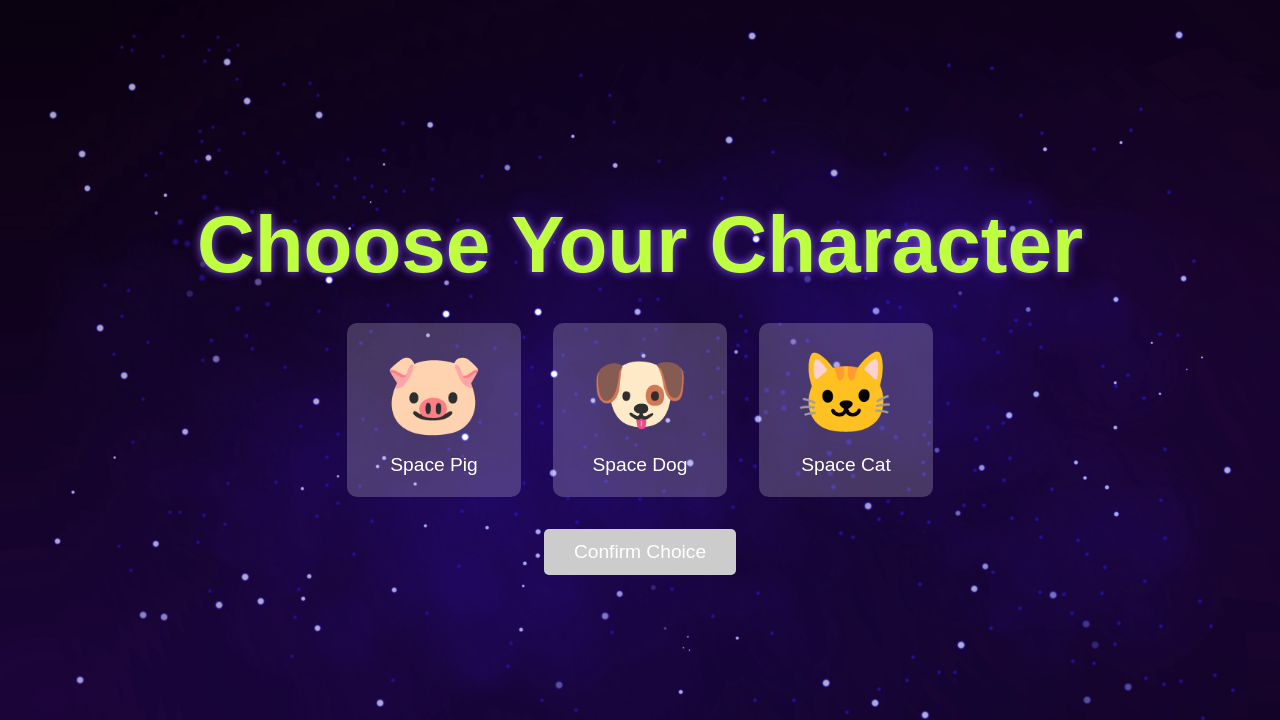
Repository: brunaguarizo/SpaceFarm
Page: index.html
These files come from the project's save history. The page is drawn as it stood at one moment and after the next save; the edit follows.
The browser window is 1280 px wide. The pictures show the whole page.
Some web fonts or font styles are not loaded; a fallback is used.

Above is the page before, as saved 2025-04-24 11:16:14.

### index.html
<!DOCTYPE html>
<html lang="en">
    <head>
        <meta charset="UTF-8" />
        <meta
            name="viewport"
            content="width=device-width, initial-scale=1.0" />
        <title>Space Animals Game</title>
        <link
            rel="stylesheet"
            href="styles.css" />

        <link
            rel="preconnect"
            href="https://fonts.googleapis.com" />
        <link
            rel="preconnect"
            href="https://fonts.gstatic.com"
            crossorigin />
        <link
            href="https://fonts.googleapis.com/css2?family=Ranchers&display=swap"
            rel="stylesheet" />
    </head>
    <body>
        <div id="game-container">
            <!-- Character Selection Screen -->
            <div id="character-select">
                <h1>Choose Your Character</h1>
                <div class="character-options">
                    <div
                        class="character-option"
                        data-character="pig">
                        <div class="character-icon">🐷</div>
                        <div class="character-label">Space Pig</div>
                    </div>
                    <div
                        class="character-option"
                        data-character="dog">
                        <div class="character-icon">🐶</div>
                        <div class="character-label">Space Dog</div>
                    </div>
                    <div
                        class="character-option"
                        data-character="cat">
                        <div class="character-icon">🐱</div>
                        <div class="character-label">Space Cat</div>
                    </div>
                </div>
                <button
                    id="confirm-btn"
                    disabled>
                    Confirm Choice
                </button>
            </div>

            <!-- Game Screen -->
            <div id="game-screen">
                <div id="player"></div>
                <div id="score-container">
                    <div id="score">Score: 0</div>
                    <button id="pause-btn">Pause</button>
                </div>
            </div>

            <!-- Pause Screen -->
            <div id="pause-screen">
                <h2>Game Paused</h2>
                <button id="resume-btn">Resume</button>
            </div>

            <!-- Game Over Screen -->
            <div id="game-over">
                <h2>Game Over</h2>
                <div id="final-score">Score: 0</div>
                <button id="restart-btn">Play Again</button>
            </div>
        </div>

        <script src="script.js"></script>
    </body>
</html>

### styles.css
body {
    margin: 0;
    padding: 0;
    overflow: hidden;
    font-family: var(--font-family);
    background-color: var(--mid-green);
}

#game-container {
    position: relative;
    width: 100vw;
    height: 100vh;
    background-image: url("img/space-bg.jpg");
    background-size: cover;
    overflow: hidden;
}

/* Character Selection Screen */
#character-select {
    position: absolute;
    width: 100%;
    height: 100%;
    display: flex;
    flex-direction: column;
    justify-content: center;
    align-items: center;
    z-index: 10;
}

#character-select h1 {
    color: var(--light-green);
    font-size: var(--header);
    margin-bottom: 2rem;
    text-shadow: 0 0 10px var(--mid-purple);
}

.character-options {
    display: flex;
    gap: 2rem;
    margin-bottom: 2rem;
}

.character-option {
    width: 150px;
    height: 150px;
    background-color: rgba(255, 255, 255, 0.2);
    border-radius: 10px;
    display: flex;
    flex-direction: column;
    align-items: center;
    justify-content: center;
    cursor: pointer;
    transition: transform 0.3s, box-shadow 0.3s;
    padding: 10px;
    border: 2px solid transparent;
}

.character-option:hover {
    transform: scale(1.05);
    box-shadow: 0 0 15px rgba(255, 255, 255, 0.5);
}

.character-option.selected {
    border-color: #ff9900;
    box-shadow: 0 0 20px #ff9900;
}

.character-icon {
    width: 100px;
    height: 100px;
    font-size: 80px;
    display: flex;
    justify-content: center;
    align-items: center;
}

.character-label {
    color: white;
    font-size: 1.2rem;
    margin-top: 10px;
}

#confirm-btn {
    padding: 12px 30px;
    background-color: #4caf50;
    color: white;
    border: none;
    border-radius: 5px;
    font-size: 1.2rem;
    cursor: pointer;
    transition: background-color 0.3s;
}

#confirm-btn:hover {
    background-color: #45a049;
}

#confirm-btn:disabled {
    background-color: #cccccc;
    cursor: not-allowed;
}

/* Game Screen */
#game-screen {
    display: none;
    position: absolute;
    width: 100%;
    height: 100%;
}

#player {
    position: absolute;
    width: 60px;
    height: 60px;
    left: 100px;
    top: 50%;
    transform: translateY(-50%);
    font-size: 50px;
    line-height: 1;
    z-index: 5;
}

.asteroid {
    position: absolute;
    font-size: 30px;
    color: #aaa;
}

#score-container {
    position: absolute;
    top: 20px;
    right: 20px;
    display: flex;
    align-items: center;
    gap: 20px;
    z-index: 5;
}

#score {
    color: white;
    font-size: 24px;
    font-weight: bold;
    background-color: rgba(0, 0, 0, 0.5);
    padding: 10px 20px;
    border-radius: 10px;
}

#pause-btn {
    background-color: rgba(0, 0, 0, 0.5);
    color: white;
    border: none;
    border-radius: 5px;
    font-size: 18px;
    padding: 10px 15px;
    cursor: pointer;
    transition: background-color 0.3s;
}

#pause-btn:hover {
    background-color: rgba(0, 0, 0, 0.7);
}

/* Game Over Screen */
#game-over {
    display: none;
    position: absolute;
    top: 0;
    left: 0;
    width: 100%;
    height: 100%;
    background-color: rgba(0, 0, 0, 0.8);
    z-index: 15;
    flex-direction: column;
    justify-content: center;
    align-items: center;
}

#game-over h2 {
    color: #ff3333;
    font-size: 3.5rem;
    margin-bottom: 1rem;
    text-shadow: 0 0 10px rgba(255, 0, 0, 0.5);
}

#final-score {
    color: white;
    font-size: 2rem;
    margin-bottom: 2rem;
}

#restart-btn {
    padding: 12px 30px;
    background-color: #3366ff;
    color: white;
    border: none;
    border-radius: 5px;
    font-size: 1.2rem;
    cursor: pointer;
    transition: background-color 0.3s;
}

#restart-btn:hover {
    background-color: #2952cc;
}

/* Utility Classes */
.invisible {
    opacity: 0;
}

/* Pause Screen */
#pause-screen {
    display: none;
    position: absolute;
    top: 0;
    left: 0;
    width: 100%;
    height: 100%;
    background-color: rgba(0, 0, 0, 0.7);
    z-index: 12;
    flex-direction: column;
    justify-content: center;
    align-items: center;
    color: white;
}

#pause-screen h2 {
    font-size: 3rem;
    margin-bottom: 2rem;
}

#resume-btn {
    padding: 12px 30px;
    background-color: #4caf50;
    color: white;
    border: none;
    border-radius: 5px;
    font-size: 1.2rem;
    cursor: pointer;
    transition: background-color 0.3s;
}

#resume-btn:hover {
    background-color: #45a049;
}

/* --------------------------- variables  --------------------------- */
:root {
    --font-family: "Ranchers", sans-serif;
    --header: 80px;
    --text: 16px;

    --light-green: #bfff41;
    --mid-green: #a3de1a;
    --dark-green: #46b800;
    --light-pink: #ffc2ec;
    --mid-pink: #f0429c;
    --dark-pink: #910b64;
    --light-purple: #dcccff;
    --mid-purple: #8655ef;
    --dark-purple: #4913bf;
}

### script.js
// Game variables
let selectedCharacter = "";
let score = 0;
let playerElement;
let gameRunning = false;
let isPaused = false;
let playerY;
let asteroids = [];
let gameLoopInterval;
let asteroidInterval;
let gameHeight;
let gameWidth;

// Character emoji mapping
const characterEmojis = {
    pig: "🐷",
    dog: "🐶",
    cat: "🐱",
};

// Asteroid options
const asteroidOptions = ["🌑", "☄️", "🪨", "💫"];

// DOM elements
const characterOptions = document.querySelectorAll(".character-option");
const confirmBtn = document.getElementById("confirm-btn");
const characterSelectScreen = document.getElementById("character-select");
const gameScreen = document.getElementById("game-screen");
const pauseBtn = document.getElementById("pause-btn");
const pauseScreen = document.getElementById("pause-screen");
const resumeBtn = document.getElementById("resume-btn");
const gameOverScreen = document.getElementById("game-over");
const finalScoreDisplay = document.getElementById("final-score");
const restartBtn = document.getElementById("restart-btn");
const scoreDisplay = document.getElementById("score");

// Initialize the game
function init() {
    // Character selection event listeners
    characterOptions.forEach((option) => {
        option.addEventListener("click", () => {
            // Remove selected class from all options
            characterOptions.forEach((opt) => opt.classList.remove("selected"));
            // Add selected class to clicked option
            option.classList.add("selected");
            // Store selected character
            selectedCharacter = option.dataset.character;
            // Enable confirm button
            confirmBtn.disabled = false;
        });
    });

    // Confirm button event listener
    confirmBtn.addEventListener("click", startGame);

    // Pause button event listener
    pauseBtn.addEventListener("click", togglePause);

    // Resume button event listener
    resumeBtn.addEventListener("click", togglePause);

    // Restart button event listener
    restartBtn.addEventListener("click", restartGame);

    // Keyboard event listeners
    document.addEventListener("keydown", handleKeyPress);
}

// Start the game
function startGame() {
    // Hide character selection screen
    characterSelectScreen.style.display = "none";
    // Show game screen
    gameScreen.style.display = "block";

    // Set up player
    playerElement = document.getElementById("player");
    playerElement.innerHTML = characterEmojis[selectedCharacter];

    // Initialize variables
    gameHeight = window.innerHeight;
    gameWidth = window.innerWidth;
    score = 0;
    updateScore();
    playerY = gameHeight / 2;
    gameRunning = true;
    isPaused = false;
    asteroids = [];

    // Position player
    updatePlayerPosition();

    // Start game loop
    gameLoopInterval = setInterval(gameLoop, 16); // ~60fps

    // Start spawning asteroids
    spawnAsteroid(); // Spawn first asteroid immediately
    asteroidInterval = setInterval(spawnAsteroid, 1500); // Then every 1.5 seconds
}

// Game loop
function gameLoop() {
    if (!gameRunning || isPaused) return;

    // Move asteroids
    moveAsteroids();

    // Check collisions
    checkCollisions();
}

// Handle keyboard input
function handleKeyPress(e) {
    if (!gameRunning || isPaused) return;

    const moveDistance = 20;

    if (e.key === "ArrowUp" || e.key === "w") {
        // Move up
        playerY = Math.max(50, playerY - moveDistance);
        updatePlayerPosition();
    } else if (e.key === "ArrowDown" || e.key === "s") {
        // Move down
        playerY = Math.min(gameHeight - 50, playerY + moveDistance);
        updatePlayerPosition();
    }
}

// Update player position on screen
function updatePlayerPosition() {
    playerElement.style.top = `${playerY}px`;
}

// Spawn a new asteroid
function spawnAsteroid() {
    if (!gameRunning || isPaused) return;

    // Create asteroid element
    const asteroid = document.createElement("div");
    asteroid.classList.add("asteroid");

    // Set random asteroid type
    const asteroidType =
        asteroidOptions[Math.floor(Math.random() * asteroidOptions.length)];
    asteroid.innerHTML = asteroidType;

    // Set random position (y-axis)
    const asteroidY = Math.random() * (gameHeight - 100) + 50;

    // Set asteroid properties
    asteroid.style.left = `${gameWidth}px`;
    asteroid.style.top = `${asteroidY}px`;

    // Add to game screen
    gameScreen.appendChild(asteroid);

    // Add to asteroids array
    asteroids.push({
        element: asteroid,
        x: gameWidth,
        y: asteroidY,
        speed: Math.random() * 3 + 5, // Random speed between 5-8
        passed: false,
    });
}

// Move all asteroids
function moveAsteroids() {
    for (let i = asteroids.length - 1; i >= 0; i--) {
        const asteroid = asteroids[i];

        // Move asteroid
        asteroid.x -= asteroid.speed;
        asteroid.element.style.left = `${asteroid.x}px`;

        // Check if asteroid passed the player
        if (!asteroid.passed && asteroid.x < 100) {
            asteroid.passed = true;
            score += 10;
            updateScore();
        }

        // Remove asteroid if it's off-screen
        if (asteroid.x < -50) {
            gameScreen.removeChild(asteroid.element);
            asteroids.splice(i, 1);
        }
    }
}

// Check for collisions
function checkCollisions() {
    const playerRect = {
        x: 100,
        y: playerY - 30,
        width: 60,
        height: 60,
    };

    for (const asteroid of asteroids) {
        const asteroidRect = {
            x: asteroid.x,
            y: asteroid.y - 15,
            width: 30,
            height: 30,
        };

        // Check if player and asteroid rectangles intersect
        if (
            playerRect.x < asteroidRect.x + asteroidRect.width &&
            playerRect.x + playerRect.width > asteroidRect.x &&
            playerRect.y < asteroidRect.y + asteroidRect.height &&
            playerRect.y + playerRect.height > asteroidRect.y
        ) {
            // Collision detected
            gameOver();
            return;
        }
    }
}

// Update score display
function updateScore() {
    scoreDisplay.textContent = `Score: ${score}`;
}

// Toggle pause state
function togglePause() {
    isPaused = !isPaused;

    if (isPaused) {
        pauseScreen.style.display = "flex";
    } else {
        pauseScreen.style.display = "none";
    }
}

// Game over
function gameOver() {
    gameRunning = false;

    // Clear intervals
    clearInterval(gameLoopInterval);
    clearInterval(asteroidInterval);

    // Update final score
    finalScoreDisplay.textContent = `Score: ${score}`;

    // Show game over screen
    gameOverScreen.style.display = "flex";
}

// Restart game
function restartGame() {
    // Clear asteroids
    asteroids.forEach((asteroid) => {
        if (asteroid.element.parentNode) {
            asteroid.element.parentNode.removeChild(asteroid.element);
        }
    });

    // Hide game over screen
    gameOverScreen.style.display = "none";

    // Go back to character selection
    gameScreen.style.display = "none";
    characterSelectScreen.style.display = "flex";

    // Reset character selection
    characterOptions.forEach((opt) => opt.classList.remove("selected"));
    confirmBtn.disabled = true;
    selectedCharacter = "";
}

// Initialize the game when the page loads
window.addEventListener("load", init);

After the next save:
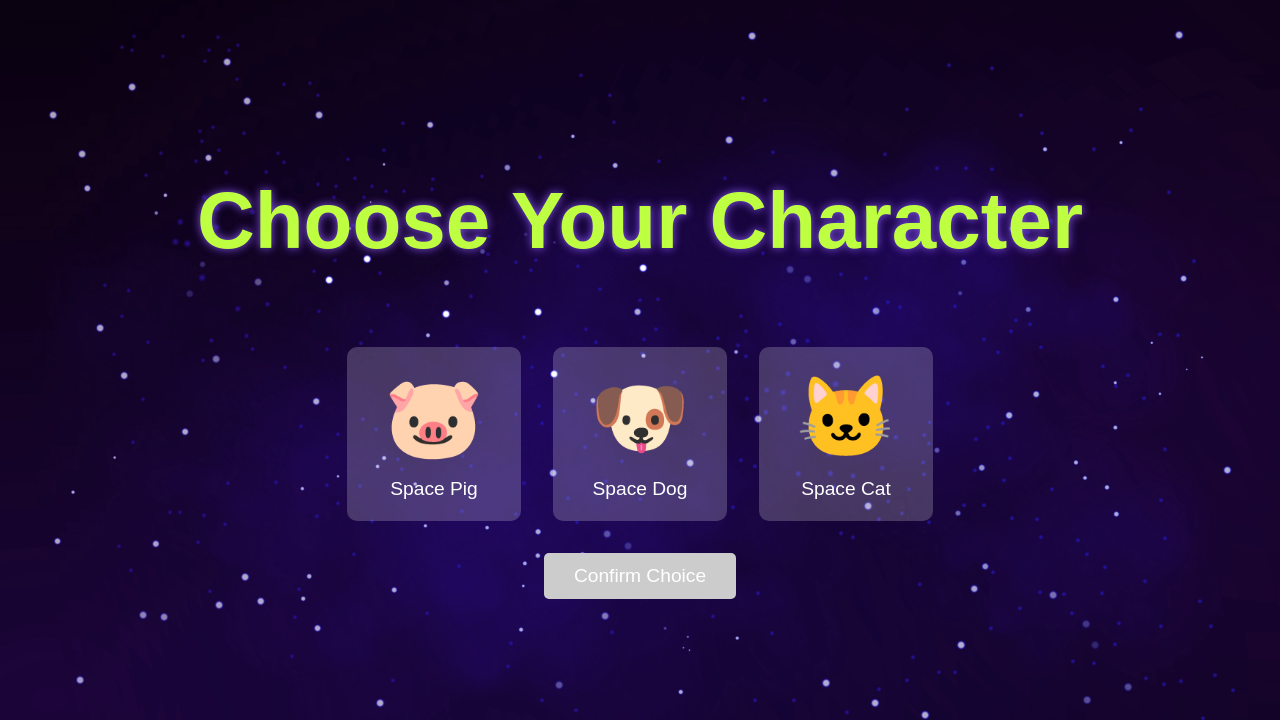
Saved 14 s later.
--- a/styles.css
+++ b/styles.css
@@ -30,7 +30,7 @@ body {
 #character-select h1 {
     color: var(--light-green);
     font-size: var(--header);
-    margin-bottom: 2rem;
+    margin-bottom: 80px;
     text-shadow: 0 0 10px var(--mid-purple);
 }
 
